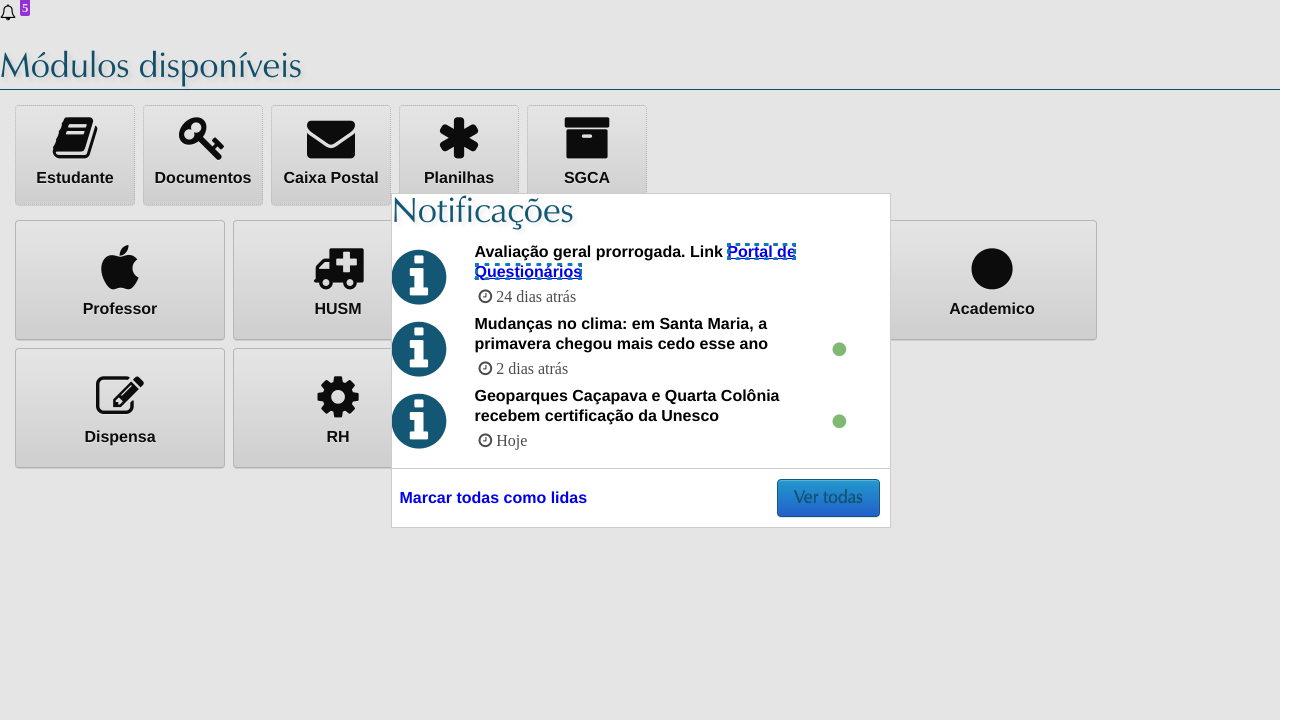
Repository: evertonagilar/study
Page: css/css-notificacao-dialog/index.html
An editor plug-in stored every save of this project. The page is shown before and after the next save, followed by the edit.
The browser window is 1280 px wide. The page is 1295 px wide, so the pictures cover 1295 px, including what lies to the right of the window. The pictures show the whole page.
After loading, the first visible `span.dashboard-notificacoes-button` was clicked once.

Above is the page before, as saved 2023-09-11 22:18:34.

### css/css-notificacao-dialog/index.html
<!DOCTYPE html>
<html lang="en">

<head>
    <meta charset="UTF-8">
    <meta name="viewport" content="width=device-width, initial-scale=1.0">
    <title>Aula CSS GRID</title>
    <link rel="stylesheet" href="css/cpd.css">
    <link rel="stylesheet" href="css/style.css">
</head>

<body>
    <span class="dashboard-notificacoes-button icon-bell">
        <sup>5</sup>
    </span>

    <dialog class="dashboard-notificacoes">
        <h2 class="h2 primary text-shadowed margin-bottom">
            Notificações
        </h2>
        <div class="notificacao-list">
            <div class="notificacao" data-id="1">
                <span class="notificacao-icon-type icon-info-sign"></span>
                <div class="notificacao-message">
                    <span class="notificacao-message-text">Avaliação geral prorrogada. Link <a href="#">Portal de
                            Questionários</a></span>
                    <span class="notificacao-message-date icon-time"> 24 dias atrás</span>
                </div>
                <span class="notificao-lida-mark"></span>
            </div>
            <div class="notificacao" data-id="1">
                <span class="notificacao-icon-type icon-info-sign"></span>
                <div class="notificacao-message">
                    <span class="notificacao-message-text">Mudanças no clima: em Santa Maria, a primavera chegou mais
                        cedo esse ano</span>
                    <span class="notificacao-message-date icon-time"> 2 dias atrás</span>
                </div>
                <span class="notificao-lida-mark icon-circle"></span>
            </div>
            <div class="notificacao" data-id="1">
                <span class="notificacao-icon-type icon-info-sign"></span>
                <div class="notificacao-message">
                    <span class="notificacao-message-text">Geoparques Caçapava e Quarta Colônia recebem certificação da Unesco</span>
                    <span class="notificacao-message-date icon-time"> Hoje</span>
                </div>
                <span class="notificao-lida-mark icon-circle"></span>
            </div>
        </div>
        <div class="notificacao-buttons">
            <a class="notificacao-marcar-todas" href="#">Marcar todas como lidas</a>
            <span class="btn primary notificacao-ver-todas">Ver todas</span>
        </div>
    </dialog>

    <h2 class="h2 primary stroked-bottom text-shadowed margin-bottom">
        Módulos disponíveis
    </h2>


    <div class="dashboard-container-favorito">
        <div class="portal">
            <span class="portal-icon icon-book"></span>
            <h3 class="portal-label">Estudante</h3>
        </div>
        <div class="portal">
            <span class="portal-icon icon-key"></span>
            <h3 class="portal-label">Documentos</h3>
        </div>
        <div class="portal">
            <span class="portal-icon icon-envelope"></span>
            <h3 class="portal-label">Caixa Postal</h3>
        </div>
        <div class="portal">
            <span class="portal-icon icon-asterisk"></span>
            <h3 class="portal-label">Planilhas</h3>
        </div>
        <div class="portal">
            <span class="portal-icon icon-archive"></span>
            <h3 class="portal-label">SGCA</h3>
        </div>

    </div>

    <div class="dashboard-container">
        <div class="portal">
            <span class="portal-mini-button fa fa-chain"></span>
            <span class="portal-icon icon-apple"></span>
            <h3 class="portal-label">Professor</h3>
        </div>

        <div class="portal">
            <span class="portal-icon icon-ambulance"></span>
            <h3 class="portal-label">HUSM</h3>
        </div>

        <div class="portal">
            <span class="portal-icon icon-user"></span>
            <h3 class="portal-label">Usuario</h3>
        </div>

        <div class="portal">
            <span class="portal-icon icon-calendar"></span>
            <h3 class="portal-label">Agendamento</h3>
        </div>

        <div class="portal">
            <span class="portal-icon icon-circle"></span>
            <h3 class="portal-label">Academico</h3>
        </div>

        <div class="portal">
            <span class="portal-icon icon-edit"></span>
            <h3 class="portal-label">Dispensa</h3>
        </div>

        <div class="portal">
            <span class="portal-icon icon-cog"></span>
            <h3 class="portal-label">RH</h3>
        </div>

        <div class="portal">
            <span class="portal-icon icon-code-fork"></span>
            <h3 class="portal-label">Projetos</h3>
        </div>

        <div class="portal">
            <span class="portal-icon icon-file-alt"></span>
            <h3 class="portal-label">Biblioteca</h3>
        </div>

    </div>
</body>


<script>

    document.addEventListener("DOMContentLoaded", function () {

        /* Cards */
        const botao = document.querySelectorAll('.portal');
        botao.forEach(btn => {
            const miniButton = btn.querySelector('.portal-mini-button');

            btn.addEventListener('click', () => {
                alert('botao clicked');
            });

            btn.addEventListener('mouseenter', () => {
                if (miniButton) {
                    miniButton.style.visibility = 'visible';
                }
            });

            btn.addEventListener('mouseleave', () => {
                if (miniButton) {
                    miniButton.style.visibility = 'hidden';
                }
            });

        });

        /* Mini Button */
        const miniButtons = document.querySelectorAll('.portal-mini-button');
        miniButtons.forEach(btn => {
            const parentButton = btn.closest('.portal');

            btn.addEventListener("click", (event) => {
                event.stopPropagation();
                alert('mini-button clicked');
            });

            btn.addEventListener("mouseenter", (event) => {
                // alert('mouse enter');
                // parentButton.style.pointerEvents = 'none';

            });

            btn.addEventListener("mouseleave", (event) => {
                // alert('mouse leave');
                // parentButton.style.pointerEvents = 'auto';
            })

        });


        /* Notifications */
        document.querySelector('.dashboard-notificacoes-button').addEventListener("click", (event) => {
            const dialog = document.querySelector('.dashboard-notificacoes');
            dialog.showModal();
        });

        document.querySelector('.dashboard-notificacoes-button').addEventListener("mouseenter", (event) => {
            const dialog = document.querySelector('.dashboard-notificacoes');
            dialog.show();
        });

        document.querySelector('.dashboard-notificacoes-button').addEventListener("mouseleave", (event) => {
            const dialog = document.querySelector('.dashboard-notificacoes');
            dialog.close();
        });


    });



</script>



</html>

### css/css-notificacao-dialog/css/style.css

.dashboard-container {
    width: 100%;
    height: 100%;
    display: flex;
    flex-direction: row;
    flex-wrap: wrap;
    gap: 8px;
    align-items: stretch; /* Centraliza verticalmente */
    justify-content: stretch;
    margin: 15px;
    @media screen and (max-width:34.999999em){
        width: 94%;
    }
}

.dashboard-container-favorito {
    width: 100%;
    height: 100%;
    display: flex;
    flex-direction: row;
    flex-wrap: nowrap;
    gap: 8px;
    align-items: stretch; /* Centraliza verticalmente */
    justify-content: stretch;
    margin: 15px;
}

.portal {
    position: relative;
    cursor: pointer;
    text-align: center;
    --border-radius:.25rem;
    --border-radius-top-left:.25rem;
    --border-radius-top-right:.25rem;
    --border-radius-bottom-right:.25rem;
    --border-radius-bottom-left:.25rem;
    --border-radius-top:.25rem;
    --border-radius-left:.25rem;
    --border-radius-right:.25rem;
    --border-radius-bottom:.25rem;
    border-radius:.25rem;
    border:.065rem solid #ccc;
    border-bottom:.065rem solid #c5c5c5;
    border-right:.065rem solid #cacaca;
    color:#0d0d0d;
    text-shadow:0 .065em 0 #fff;
    box-shadow:0 .065em 0 rgba(0,0,0,0.1),0 .065em .065em 0 rgba(255,255,255,0.3) inset;
    background-image:linear-gradient(to bottom, #fff, #e6e6e6);
    padding: 24px;
    width: 210px;
    height: 120px;
    @media screen and (max-width:34.999999em){
        width: 100%;
    }
}


.portal:hover {
    background:#e6e6e6;
    transition: all .35s ease-in-out;
    box-shadow: 0 .065rem 0 rgba(0,0,0,0.15);
}

.portal:active {
    background:none;
    box-shadow:0 .065em 0 rgba(0,0,0,0.1),.08em .125em .25em rgba(0,0,0,0.3) inset;
    background-color:#f3f3f3;
    transition:none
}

.portal:focus {
    box-shadow:0 0 .5em .25em rgba(205,205,205,0.85)
}

.portal-icon {
    font-size: 3em;
}

.portal-label {
    font-weight: bold;
    margin-top: 6px;
}

.dashboard-container-favorito .portal {
    padding: 8px;
    height: 100px;
    width: 120px;
    @media screen and (max-width:798px) {
        width: auto;
    }
    border-style: dotted;
}

.portal-mini-button {
    position: absolute;
    top: 0;
    right: 0;
    border: none;
    padding: 6px;
    z-index: 100;
    visibility: hidden;
}

.portal-mini-button:hover {
    background-color:#f3f3f3;
    border-radius:.25rem;
    border:.065rem solid #ccc;
    border-bottom:.065rem solid #c5c5c5;
    border-right:.065rem solid #cacaca;
    color:#0d0d0d;
    color: brown;
 }

 .portal-mini-button:active {
    background:none;
    box-shadow:0 .065em 0 rgba(0,0,0,0.1),.08em .125em .25em rgba(0,0,0,0.3) inset;
    background-color:#f3f3f3;
    transition:none
}

.portal-mini-button:focus {
    box-shadow:0 0 .5em .25em rgba(205,205,205,0.85)
}

/* Notificações */

.dashboard-notificacoes-button {
    position: relative;
    cursor: pointer;
}


.dashboard-notificacoes {
    position: absolute;
    left: 1px;
    top: 1px;
    width: 500px;
    transition: all .2s ease;
    z-index: 200;
    border: 1px solid #ccc;
    padding: 0;


}

.dashboard-notificacoes-button sup {
    color: #fff;
    background-color: #a435f0;
    padding: 2px;
    font-weight: bold;
    border-radius: 2px;
    font-size: .8em !important;
}

.notificacao-list {
    display: flex;
    flex-direction: column;
    gap: 2px;
}

.notificacao {
    display: flex;
    flex-direction: row;
    justify-content: flex-start;
    align-items: center;
    gap: 8px;
    flex-wrap: wrap;

}

.notificacao-message {
    display: flex;
    flex-direction: column;
    align-items: flex-start;
    font-weight: bold;
}

.notificacao-icon-type {
    font-size: 64px;
    width: 75px;
    color: #135775;
}

.notificacao-message-text {
    font-weight: 900;
    width: 350px;
}

.notificacao-message-date {
    font-weight: 300;
    padding: 6px 4px;
    color: #4c4c4c;
}

.notificao-lida-mark {
    color: hsla(109, 90%, 27%, 0.565);
}

.notificacao-buttons {
    display: flex;
    justify-content: space-between;
    align-items: center;
    border-top: .065rem solid #ccc;
    margin-top: 12px;
    padding: 8px;
}

.notificacao-marcar-todas {
    font-weight: bold;
    text-decoration: none;
}

Loaded but not shown: css/css-notificacao-dialog/css/cpd.css (library)

After the next save:
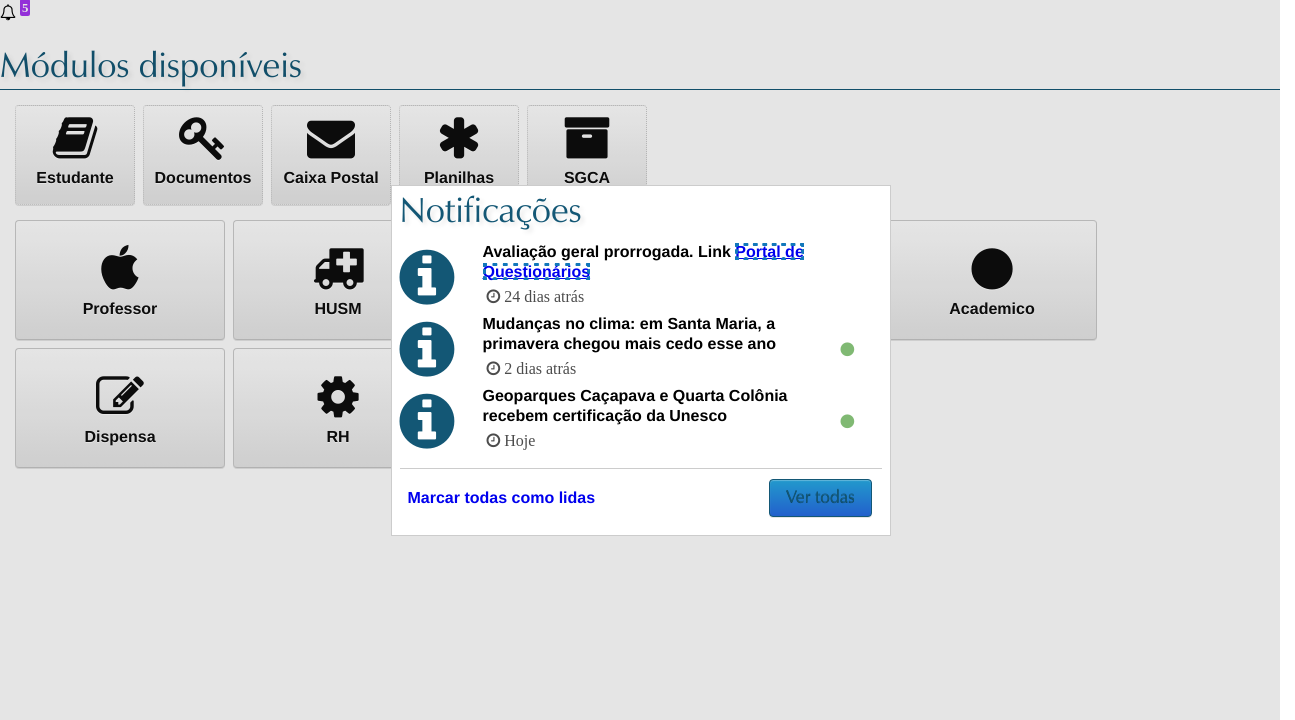
Saved 10 s later.
--- a/css/css-notificacao-dialog/css/style.css
+++ b/css/css-notificacao-dialog/css/style.css
@@ -139,7 +139,7 @@
     transition: all .2s ease;
     z-index: 200;
     border: 1px solid #ccc;
-    padding: 0;
+    padding: 8px;
 
 
 }
